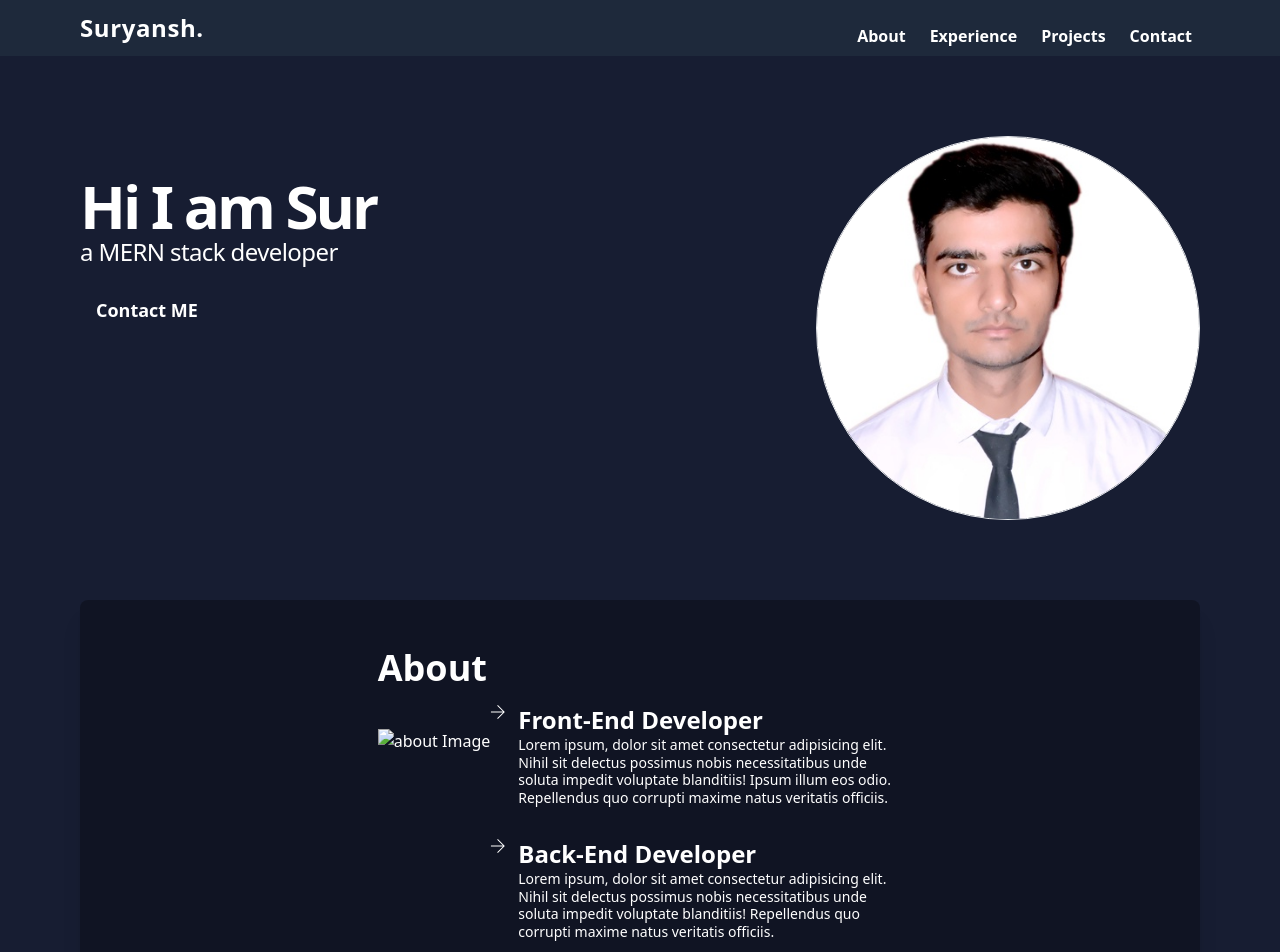
Repository: suryanshsingh99181/portfolio
Page: /
These files come from the project's save history. The page is drawn as it stood at one moment and after the next save; the edit follows.
The browser window is 1280 px wide. The pictures show the part of the page from y = 0 to 952 px (the page is 2386 px tall).
The project was rebuilt for these pictures with package versions that can differ from the ones it lists, and the page was loaded fresh each time. Also part of the build but not shown: vite.config.js.

Above is the page before, as saved 2024-08-22 02:05:40.

After the next save:
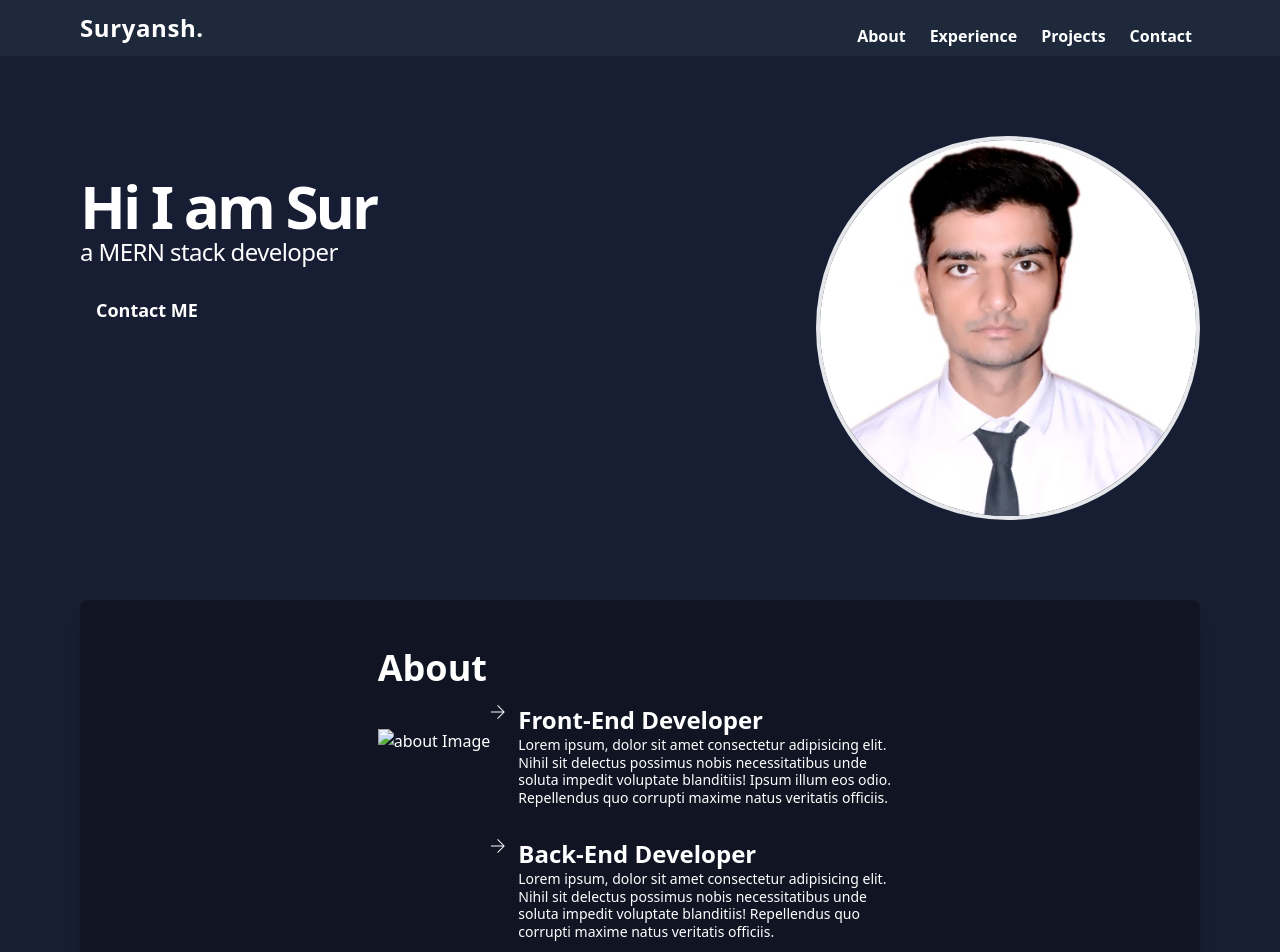
Saved 13 s later.
--- a/src/Components/home/Home.jsx
+++ b/src/Components/home/Home.jsx
@@ -18,7 +18,7 @@
       </div>
       <div>
         <img
-          className="h-96 w-96 rounded-full object-cover object-center border"
+          className="h-96 w-96 rounded-full object-cover object-center border-4"
           src={image}
           alt=""
         />
